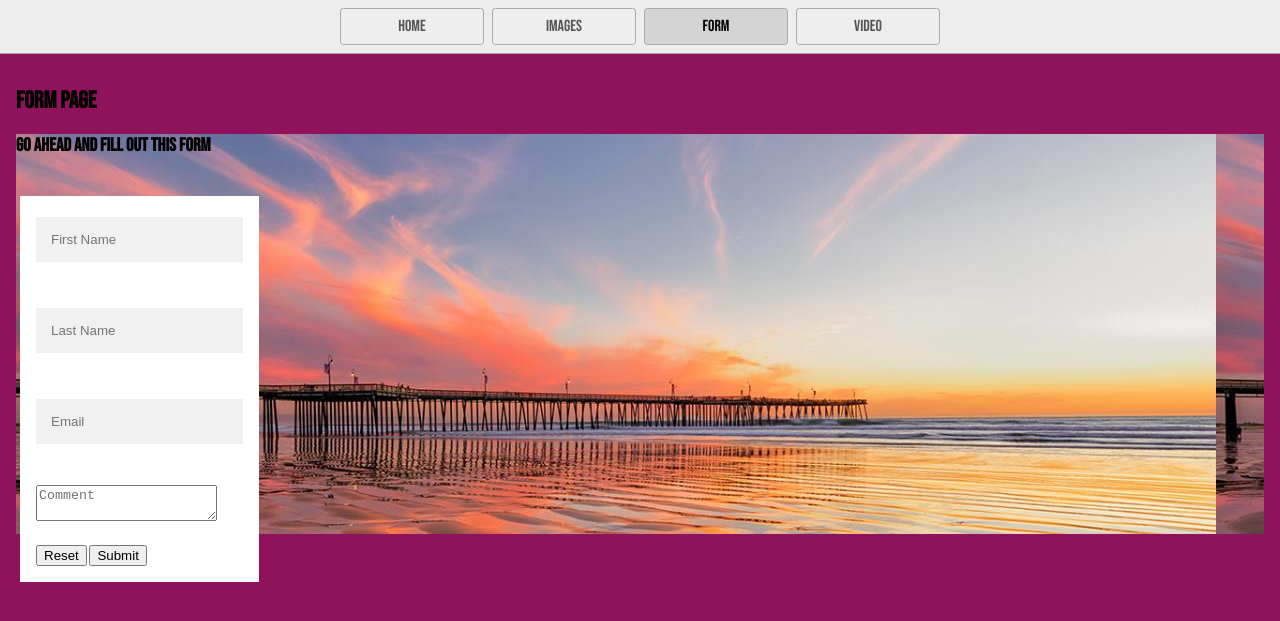
Repository: sebas6292/palmTree-Final
Page: Form.html
The author's editor kept a copy of each file at every save. The page is drawn from the files as they stood at one save, then again after the next save.
The browser window is 1280 px wide. The pictures show the whole page.

Above is the page before, as saved 2023-05-28 12:22:58.

After the next save:
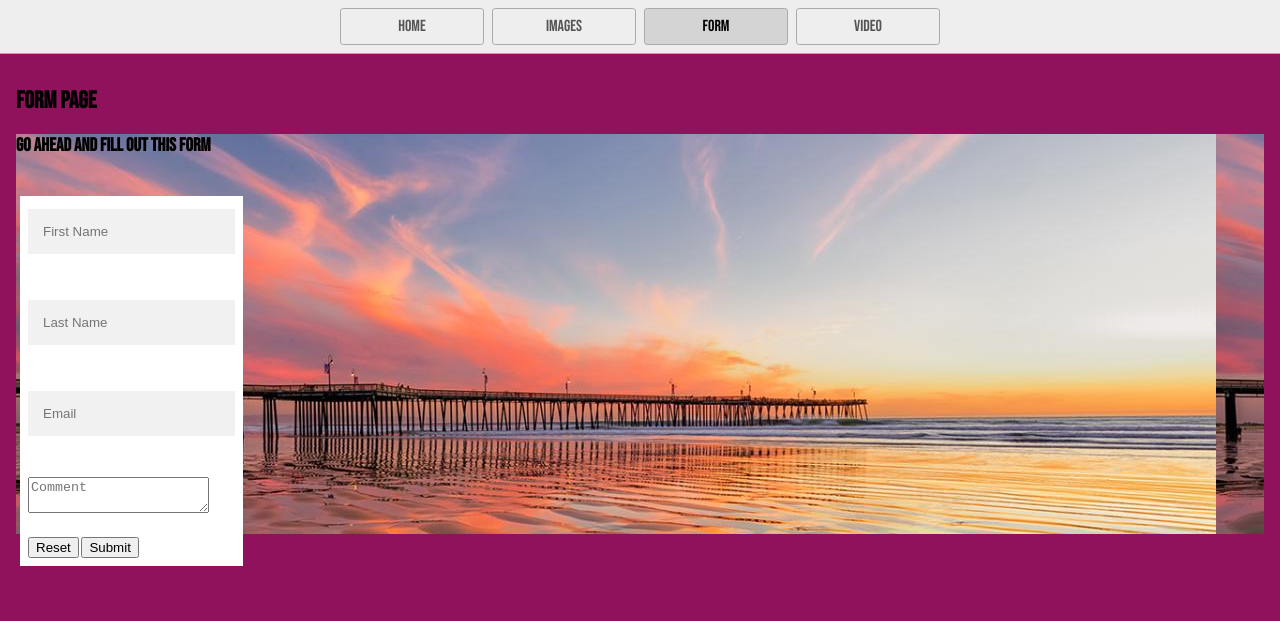
Saved 61 s later.
--- a/styles.css
+++ b/styles.css
@@ -66,7 +66,7 @@
     left: 0;
     margin: 20px;
     max-width: 300px;
-    padding: 16px;
+    padding: 8px;
     background-color: white;
   }
   input[type=text], input[type=password] {

After the save that followed:
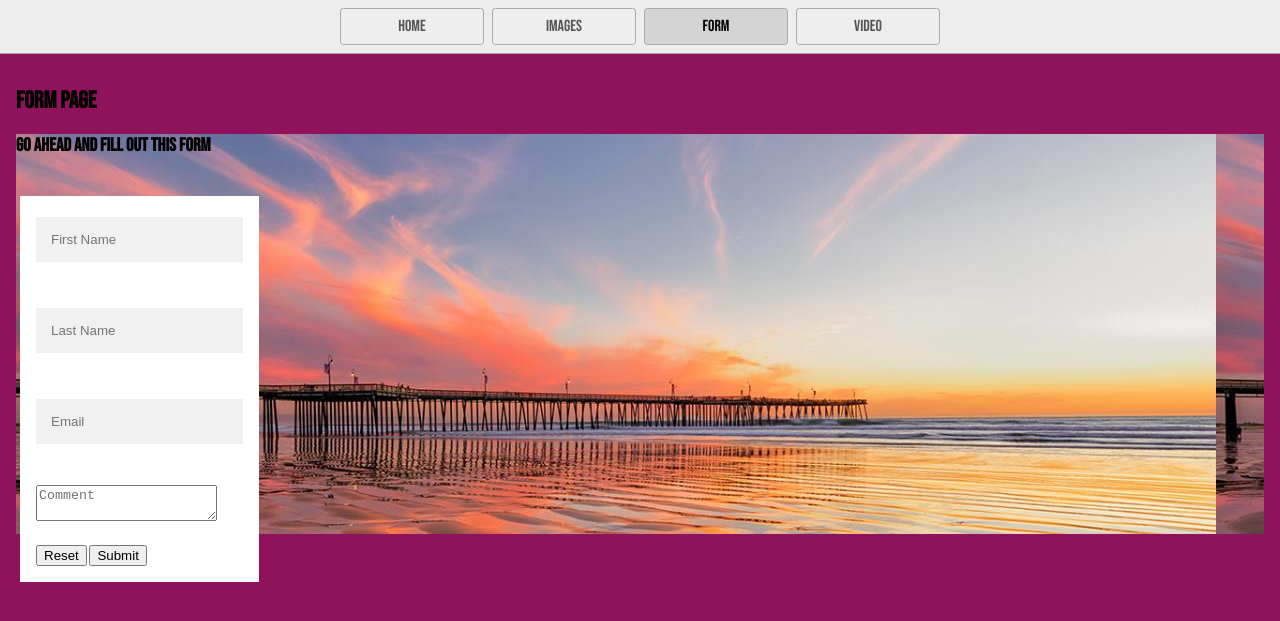
Saved 5 s later.
--- a/styles.css
+++ b/styles.css
@@ -66,7 +66,7 @@
     left: 0;
     margin: 20px;
     max-width: 300px;
-    padding: 8px;
+    padding: 16px;
     background-color: white;
   }
   input[type=text], input[type=password] {
